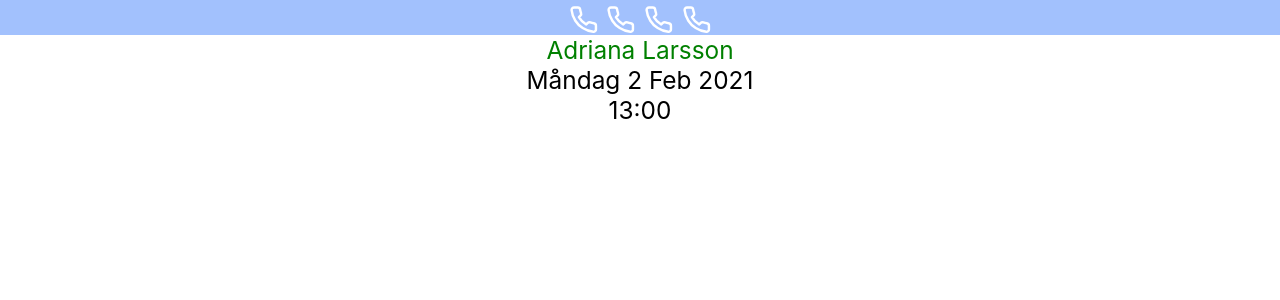
Repository: AdrianaLarsson/learning-react-adriana
Page: /
The author's editor kept a copy of each file at every save. The page is drawn from the files as they stood at one save, then again after the next save.
The browser window is 1280 px wide. The pictures show the whole page.
The project was rebuilt for these pictures with package versions that can differ from the ones it lists, and the page was loaded fresh each time. Also part of the build but not shown: src/components/pixiLearn/pixi-learning.js, src/components/pixiLearn/reactTimline/timelinegant.js.

Above is the page before, as saved 2021-02-17 13:36:11.

After the next save:
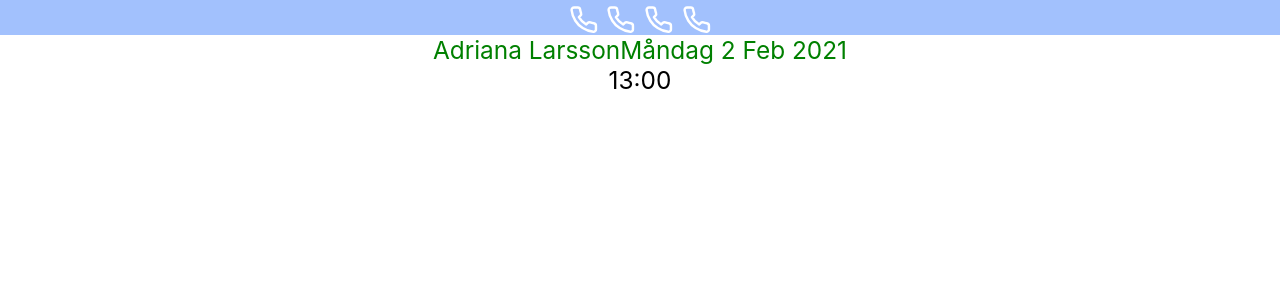
Saved 7 s later.
--- a/src/App.css
+++ b/src/App.css
@@ -29,7 +29,8 @@
   color: green;
 }
 .date{
-
+  display: inline-flex;
+  color: green;
 }
 
 /* .App {
